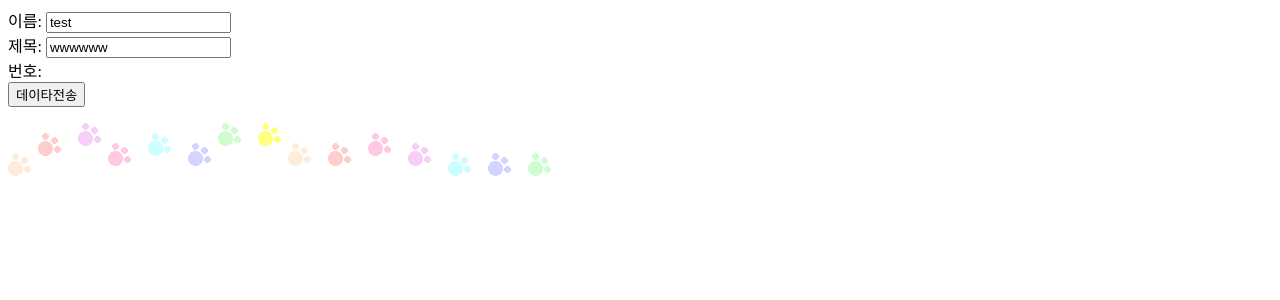
Repository: sorakazae/ITBANK_JSP_101
Page: http://localhost/Web0517/CCC.jsp
An editor plug-in stored every save of this project. The page is shown before and after the next save, followed by the edit.
The browser window is 1280 px wide. The pictures show the whole page.
The page is served by Tomcat 9.

Above is the page before, as saved 2014-05-31 03:56:36.

After the next save:
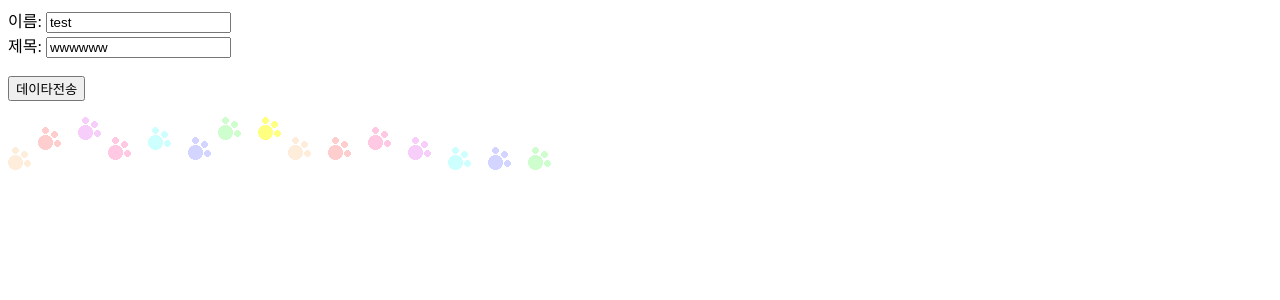
Saved 64 s later.
--- a/day8/my/Web0517/WebContent/CCC.jsp
+++ b/day8/my/Web0517/WebContent/CCC.jsp
@@ -9,7 +9,7 @@
 	<form action="DDD.jsp" method="post">
 	 이름: <input type=text name="name" value="test"> <br>
 	 제목: <input type=text name="title" value="wwwwww"> <br>
-	 번호: <input type=hidden name="num" value="32"> <br>
+	 <input type=hidden name="num" value="32"> <br>
 
 	 <input type="submit" value="데이타전송">
 
